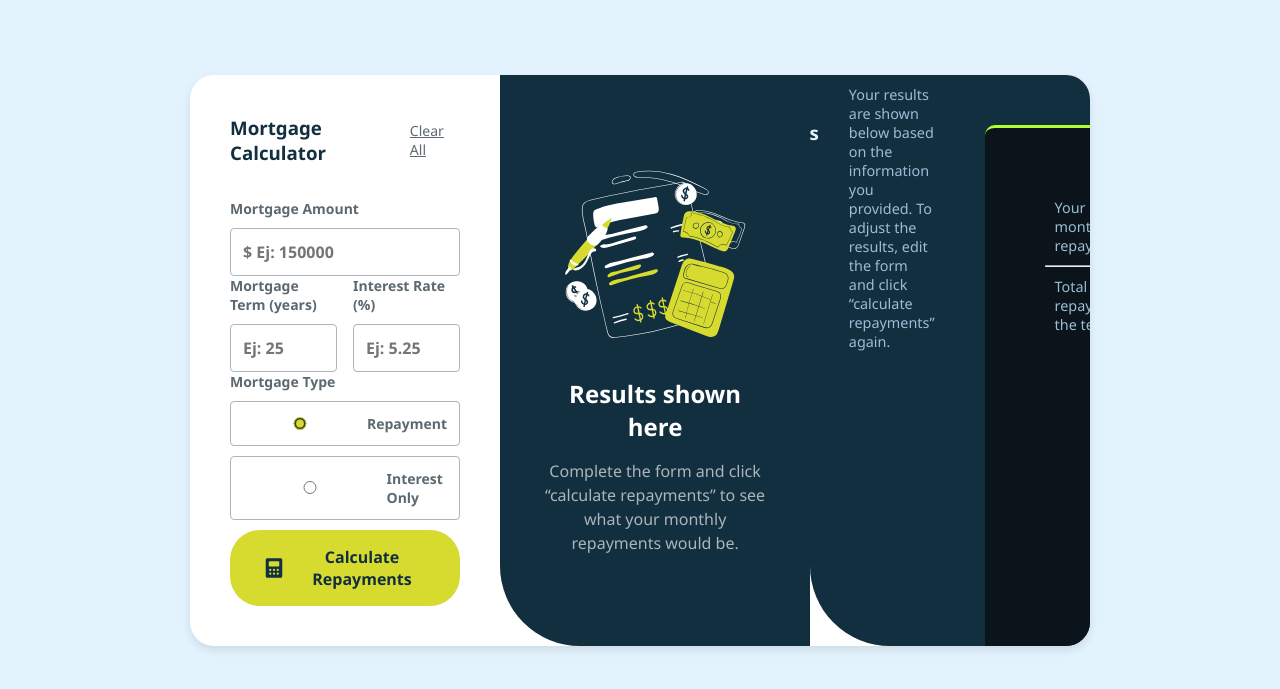
Repository: GravielPV/Mortgage-repayment-calculator
Page: index.html
The author's editor kept a copy of each file at every save. The page is drawn from the files as they stood at one save, then again after the next save.
The browser window is 1280 px wide. The pictures show the whole page.

Above is the page before, as saved 2025-12-14 15:18:47.

### index.html
<!DOCTYPE html>
<html lang="en">
<head>
  <meta charset="UTF-8">
  <meta name="viewport" content="width=device-width, initial-scale=1.0"> <!-- displays site properly based on user's device -->

  <link rel="icon" type="image/png" sizes="32x32" href="./assets/images/favicon-32x32.png">
  <link rel="stylesheet" href="styles.css">
  <title>Frontend Mentor | Mortgage repayment calculator</title>


</head>
<body>
  <div class="carta">



  <div class="lado-izquierdo">

    <div class="header-form">
      <h3>Mortgage Calculator</h3>
      <a href="#" id="clear-all">Clear All</a>
    </div>

    <form id="mortgage-form">

      <!-- Mortgage Amount -->
      <div class="campo">
        <label for="input-mortgage">Mortgage Amount</label>

        <input
          type="number"
          id="input-mortgage"
          name="mortgage"
          placeholder="$ Ej: 150000">
      </div>

      <!-- Mortgage Term & Interest Rate -->
      <div class="grupo-doble">
        <div class="campo1">
          <label for="input-term">Mortgage Term (years)</label>
          <input
            type="number"
            id="input-term"
            name="term"
            placeholder="Ej: 25">
        </div>

        <div class="campo1">
          <label for="input-interest">Interest Rate (%)</label>
          <input
            type="number"
            step="0.01"
            id="input-interest"
            name="interest"
            placeholder="Ej: 5.25">
        </div>
      </div>

      <!-- Mortgage Type -->
      <div class="campo">
        <label>Mortgage Type</label>

        <div class="radios">
          <label class="radio arriba">
            <input type="radio" name="mortgage-type" value="repayment" checked id="repayment">
            Repayment
          </label>

          <label class="radio abajo">
            <input type="radio" name="mortgage-type" value="interest-only" id="interest-only">
            Interest Only
          </label>
        </div>
      </div>

      <!-- Botón -->
      <div class="boton">

        <button type="button" onclick="calcular()"> <img src="assets/images/icon-calculator.svg" alt="calculadora icon">Calculate Repayments</button>
      </div>



    </form>

  </div>




  <!-- Empty results start -->

  <div class="derecho">

    <img src="assets/images/illustration-empty.svg" alt="mostrar">

  <h3>Results shown here</h3>

  <p>Complete the form and click “calculate repayments” to see what
  your monthly repayments would be.</p>
  </div>

  <!-- Empty results end -->

  <!-- Completed results start -->

  <div class="resultado">
    <h3>Your results</h3>
    <p>Your results are shown below based on the information you provided.
    To adjust the results, edit the form and click “calculate repayments” again.</p>

    <div class="caja-resultados">
      <p>Your monthly repayments</p>
      <h1 id="monthly-repayment"></h1>

      <hr>

      <p>Total you'll repay over the term</p>
      <h3 id="total-repayment"></h3>
    </div>
  </div>

</div>

<!-- Completed results end -->

<script src="app.js"></script>
</body>
</html>

### styles.css
* {
    box-sizing: border-box;
    margin: 0;
    padding: 0;
    font-family: 'Segoe UI', Tahoma, Geneva, Verdana, sans-serif;
}

body {
    background-color: hsl(202, 86%, 94%);
    display: flex;
    justify-content: center;
    align-items: center;
    min-height: 100vh;
}

.carta {
    width: 100%;
    max-width: 900px;
    background-color: white;
    display: flex;
    border-radius: 24px;
    overflow: hidden;
    box-shadow: 0 4px 8px 0 rgba(0, 0, 0, 0.1);
    margin: 20px;
}

/* ---- Lado Izquierdo ---- */
.lado-izquierdo {
    width: 50%;
    padding: 40px;
    display: flex;
    flex-direction: column;
    gap: 24px;
}

.header-form {
    display: flex;
    justify-content: space-between;
    align-items: center;
    margin-bottom: 10px;
}

.header-form h3 {
    color: hsl(202, 55%, 16%);
}

.header-form a {
    color: hsl(200, 10%, 40%);
    text-decoration: underline;
    font-size: 14px;
    cursor: pointer;
}

.header-form a:hover {
    color: hsl(202, 55%, 16%);
}

/* Inputs */
.campo {
    display: flex;
    flex-direction: column;
    gap: 10px;
}

.campo label, .campo1 label {
    color: hsl(200, 10%, 40%);
    font-size: 14px;
    font-weight: bold;
}

.campo input, .campo1 input {
    padding: 12px;
    border: 1px solid hsl(200, 10%, 70%);
    border-radius: 4px;
    font-size: 16px;
    font-weight: bold;
    cursor: pointer;
    width: 100%;
}

.campo input:focus, .campo1 input:focus {
    outline: none;
    border-color: hsl(61, 70%, 52%);
}

.grupo-doble {
    display: flex;
    gap: 16px;
}

.campo1 {
    display: flex;
    flex-direction: column;
    gap: 10px;
    width: 50%;
}

/* Radio buttons */
.radios {
    display: flex;
    flex-direction: column;
    gap: 10px;
}

.radio {
    display: flex;
    align-items: center;
    border: 1px solid hsl(200, 10%, 70%);
    padding: 12px;
    border-radius: 4px;
    cursor: pointer;
    gap: 10px;
    font-weight: bold;
    color: hsl(202, 55%, 16%);
}

.radio:hover {
    border-color: hsl(61, 70%, 52%);
}

.radio input {
    margin: 0;
    accent-color: hsl(61, 70%, 52%);
}

/* Boton */
.boton {
    margin-top: 10px;
}

button {
    display: flex;
    align-items: center;
    justify-content: center;
    gap: 10px;
    padding: 16px 32px;
    background-color: hsl(61, 70%, 52%);
    border: none;
    color: hsl(202, 55%, 16%);
    border-radius: 30px;
    cursor: pointer;
    font-weight: bold;
    font-size: 16px;
    width: 100%;
    transition: background-color 0.3s;
}

button:hover {
    background-color: hsl(61, 70%, 70%);
}

/* ---- Lado Derecho ---- */
.derecho {
    width: 50%;
    background-color: hsl(202, 55%, 16%);
    color: white;
    padding: 40px;
    display: flex;
    flex-direction: column;
    justify-content: center;
    align-items: center;
    text-align: center;
    border-bottom-left-radius: 80px;
}

.derecho img {
    margin-bottom: 20px;
}

.derecho h3 {
    margin-bottom: 16px;
    font-size: 24px;
}

.derecho p {
    color: hsl(200, 10%, 70%);
    line-height: 1.5;
}

.resultado {
    display: none;
}


.resultado{
     width: 50%;
    background-color: hsl(202, 55%, 16%);
    display: flex;
    justify-content: center;
    border-bottom-left-radius: 80px;
    overflow: hidden;


}

.resultado .caja-resultados {

    background-color: hsl(201, 46%, 7%);
    color: hsl(61, 70%, 52%);
    width: 80%;
    position: relative;
    left: 40px;
    top: 50px;
    padding: 60px;
    border-radius: 10px;
    border-top: 3px solid greenyellow;



}

.resultado  p{
    color: hsl(203, 41%, 72%);
    text-align: start;
    font-size: 0.90em;
    padding: 10px;
}

.resultado h3{

    color: hsl(202, 86%, 94%);
    padding: 20px;

}



/* Responsive */
@media (max-width: 768px) {
    body {
        align-items: flex-start;
        background-color: white;
    }

    .carta {
        flex-direction: column;
        border-radius: 0;
        margin: 0;
        box-shadow: none;
        max-width: 100%;
    }

    .lado-izquierdo, .derecho {
        width: 100%;
        padding: 24px;
    }

    .derecho {
        border-radius: 0;
        min-height: 400px;
    }

    .grupo-doble {
        flex-direction: column;
    }

    .campo1 {
        width: 100%;
    }
}

### app.js
// INPUTS
const montoInput = document.getElementById("input-mortgage");
const yearsInput = document.getElementById("input-term");
const interesInput = document.getElementById("input-interest");

// RADIOS
const repaymentRadio = document.getElementById("repayment");
const interestOnlyRadio = document.getElementById("interest-only");

// RESULTADOS
const resultadoBox = document.querySelector(".resultado");
const derechoBox = document.querySelector(".derecho");

const monthlyText = document.getElementById("monthly-repayment");
const totalText = document.getElementById("total-repayment");

// CLEAR ALL
const clearAllBtn = document.getElementById("clear-all");

// FORMATO MONEDA
function formatoMoneda(valor) {
  return new Intl.NumberFormat("en-US", {
    style: "currency",
    currency: "USD",
    minimumFractionDigits: 2,
  }).format(valor);
}

// CALCULAR
function calcular() {
  const monto = Number(montoInput.value);
  const years = Number(yearsInput.value);
  const interes = Number(interesInput.value) / 100;

  if (!monto || !years || !interes) {
    alert("Please complete all fields");
    return;
  }

  const r = interes / 12;
  const n = years * 12;

  let pagoMensual = 0;
  let pagoTotal = 0;

  // REPAYMENT
  if (repaymentRadio.checked) {
    pagoMensual =
      (monto * r * Math.pow(1 + r, n)) /
      (Math.pow(1 + r, n) - 1);

    pagoTotal = pagoMensual * n;
  }

  // INTEREST ONLY
  if (interestOnlyRadio.checked) {
    pagoMensual = monto * r;
    pagoTotal = pagoMensual * n;
  }

  // MOSTRAR RESULTADOS
  monthlyText.textContent = formatoMoneda(pagoMensual);
  totalText.textContent = formatoMoneda(pagoTotal);

  derechoBox.style.display = "none";
  resultadoBox.style.display = "block";
}

// CLEAR ALL
clearAllBtn.addEventListener("click", (e) => {
  e.preventDefault();

  montoInput.value = "";
  yearsInput.value = "";
  interesInput.value = "";

  repaymentRadio.checked = true;
  interestOnlyRadio.checked = false;

  resultadoBox.style.display = "none";
  derechoBox.style.display = "block";
});

After the next save:
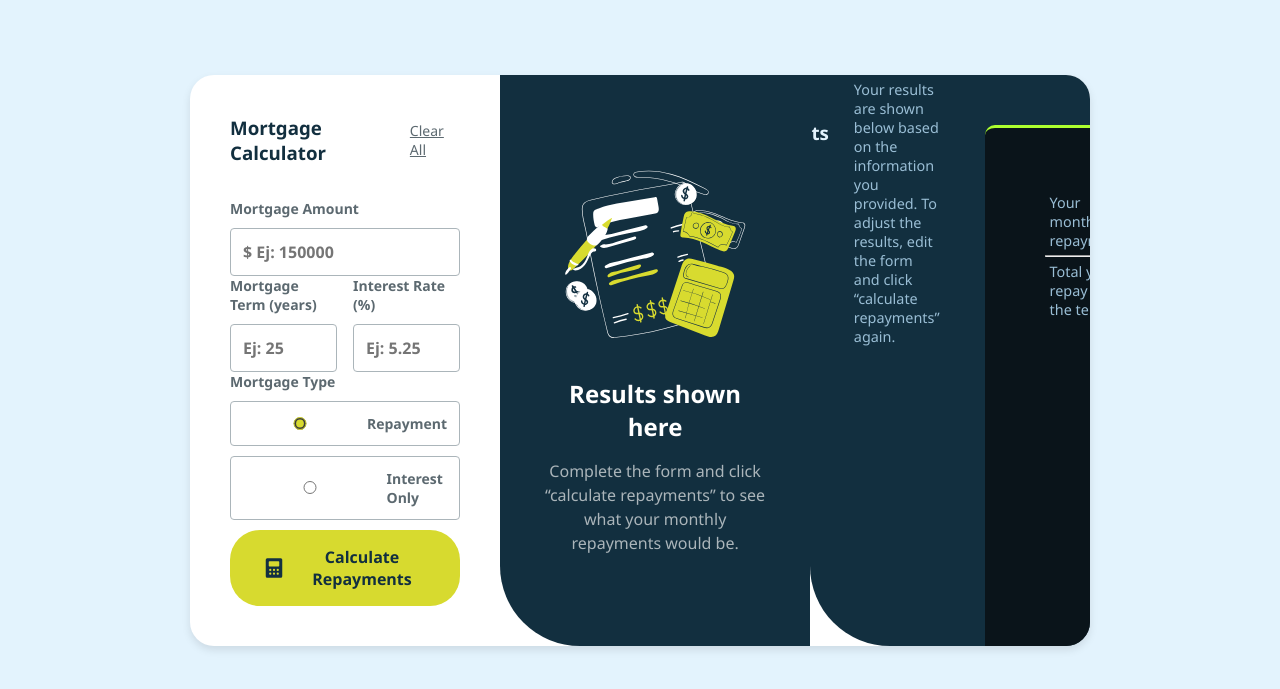
Saved 5 s later.
--- a/styles.css
+++ b/styles.css
@@ -213,7 +213,7 @@ button:hover {
     color: hsl(203, 41%, 72%);
     text-align: start;
     font-size: 0.90em;
-    padding: 10px;
+    padding: 05px;
 }
 
 .resultado h3{
